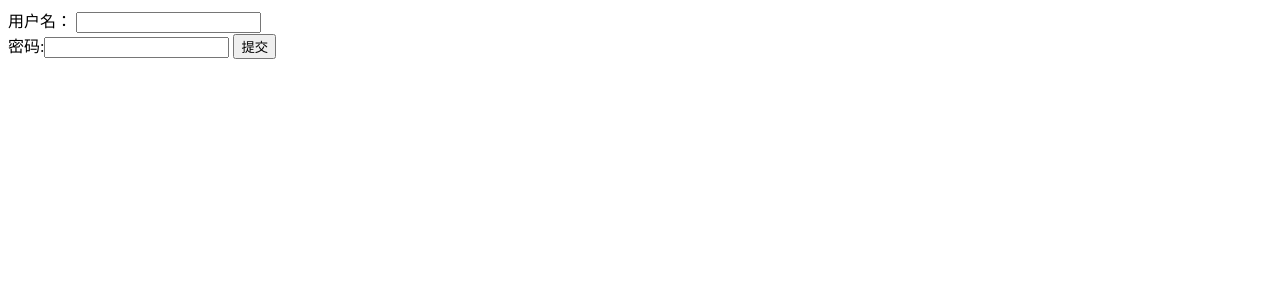
Repository: debug404/all
Page: HelloServlet/WebContent/index.html
These files come from the project's save history. The page is drawn as it stood at one moment and after the next save; the edit follows.
The browser window is 1280 px wide. The pictures show the whole page.

Above is the page before, as saved 2015-11-13 11:56:36.

### HelloServlet/WebContent/index.html
<!DOCTYPE html>
<html>
<head>
<meta charset="UTF-8">
<title>Insert title here</title>
</head>
<body>

	<form action="/HelloServlet/hello" method="POST">
		<lable>用户名：</lable>
		<input type="text" name="username" /> <br /> <label>密码:</label><input
			type="password" name="password" /> <input type="submit" value="提交" />
	</form>


</body>
</html>

After the next save:
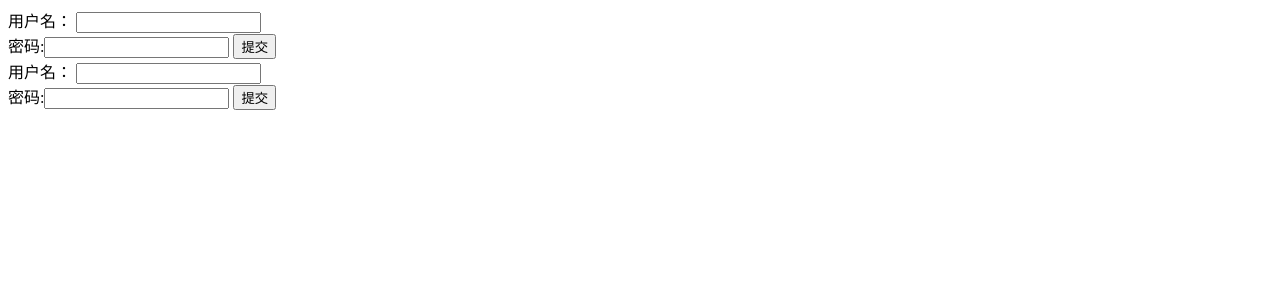
Saved 30 min 0 s later.
--- a/HelloServlet/WebContent/index.html
+++ b/HelloServlet/WebContent/index.html
@@ -11,7 +11,11 @@
 		<input type="text" name="username" /> <br /> <label>密码:</label><input
 			type="password" name="password" /> <input type="submit" value="提交" />
 	</form>
-
+	<form action="/HelloServlet/hello" method="POST">
+		<lable>用户名：</lable>
+		<input type="text" name="username" /> <br /> <label>密码:</label><input
+			type="password" name="password" /> <input type="submit" value="提交" />
+	</form>
 
 </body>
 </html>
